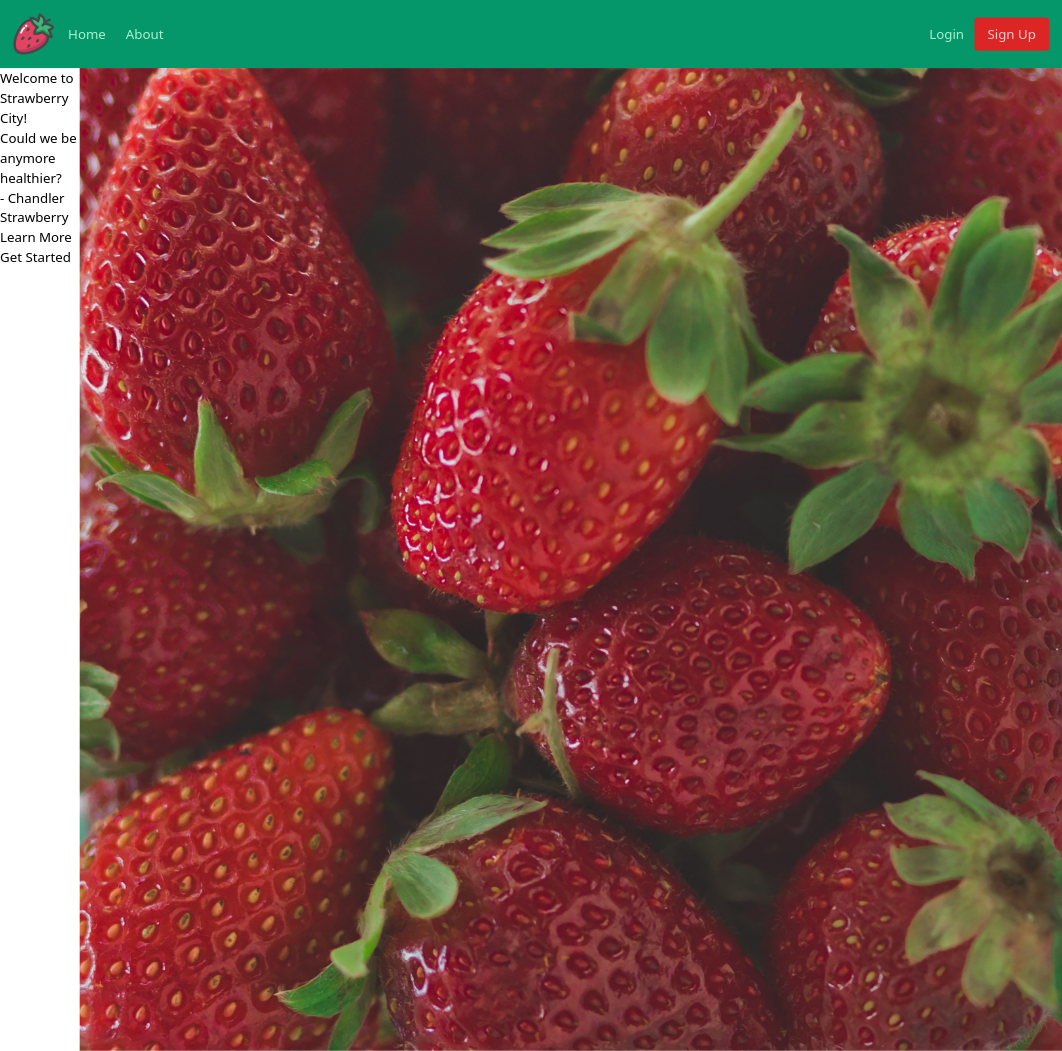
Repository: DaNiels89/tailwind-stawberries
Page: index.html
The author's editor kept a copy of each file at every save. The page is drawn from the files as they stood at one save, then again after the next save.
The browser window is 1280 px wide. The pictures show the whole page, at 83% of full size.

Above is the page before, as saved 2020-08-24 13:41:52.

After the next save:
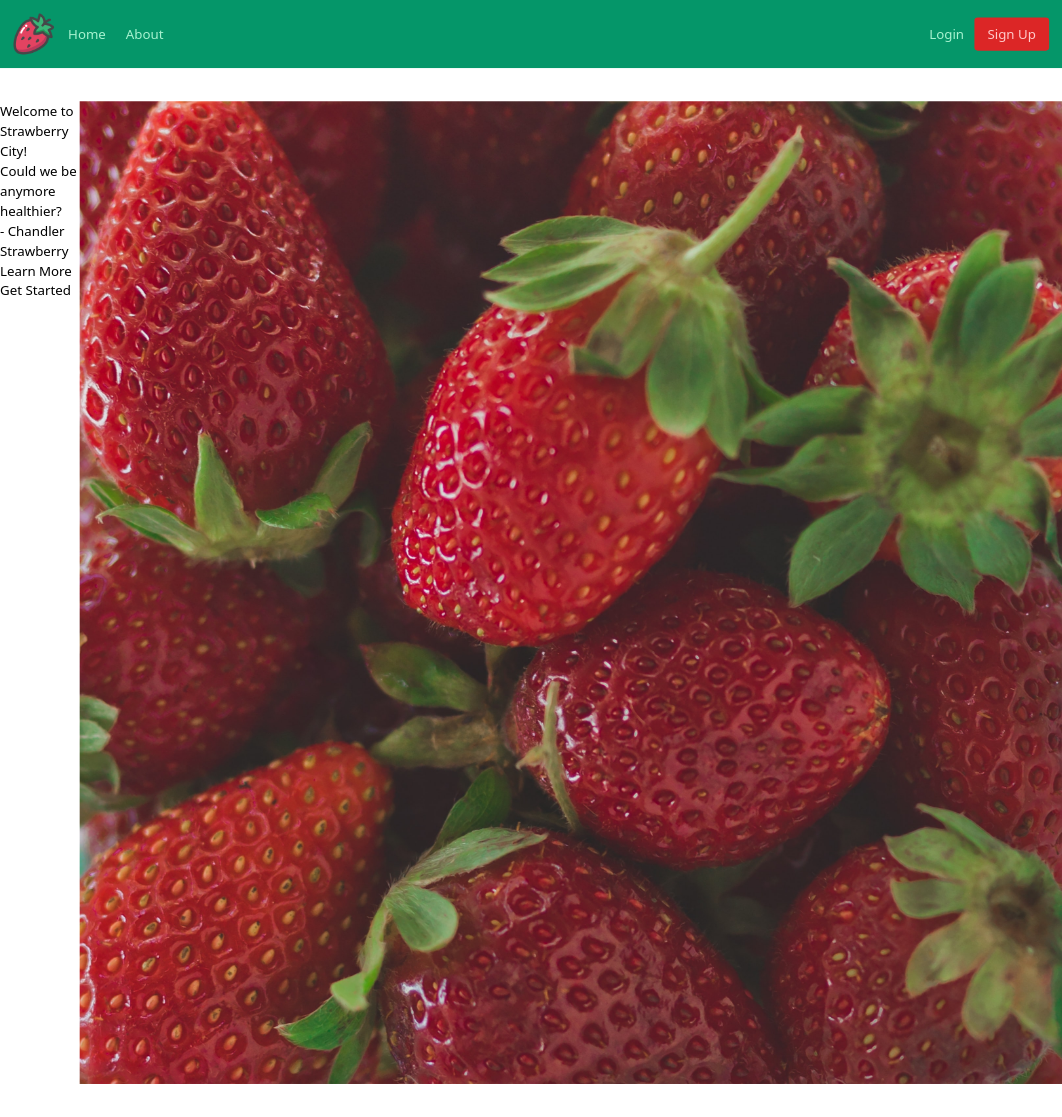
Saved 9 s later.
--- a/index.html
+++ b/index.html
@@ -45,7 +45,7 @@
       </nav>
     </header>
     <main class="">
-      <div class="flex justify-between">
+      <div class="flex justify-between py-10">
         <div class="">
           <h1 class="">Welcome to Strawberry City!</h1>
           <p class="">Could we be anymore healthier?</p>
